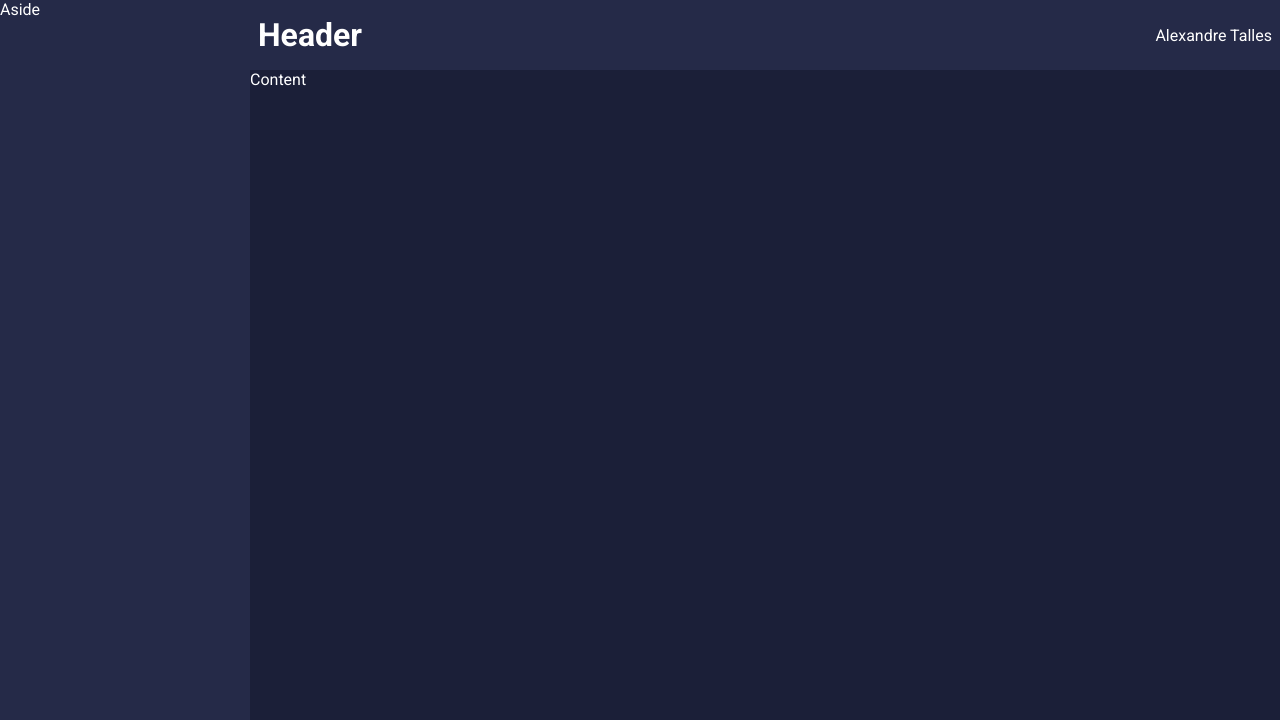
Repository: XFERRER7/dashboard
Page: /
These files come from the project's save history. The page is drawn as it stood at one moment and after a run of saves; the edit follows.
The browser window is 1280 px wide. The pictures show the whole page.
The project was rebuilt for these pictures with package versions that can differ from the ones it lists, and the page was loaded fresh each time. Also part of the build but not shown: vite.config.ts.

Above is the page before, as saved 2022-07-07 15:46:18.

### index.html
<!DOCTYPE html>
<html lang="pt-br">

<head>
  <meta charset="UTF-8" />
  <meta name="viewport" content="width=device-width, initial-scale=1.0" />
  <link rel="shortcut icon" href="src/assets/Logo.svg" type="image/x-icon">
  <link rel="preconnect" href="https://fonts.googleapis.com">
  <link rel="preconnect" href="https://fonts.gstatic.com" crossorigin>
  <link href="https://fonts.googleapis.com/css2?family=Roboto:wght@400;500;700&display=swap" rel="stylesheet">
  <title>Dashboard</title>
</head>

<body>
  <div id="root"></div>
  <script type="module" src="/src/main.tsx"></script>
</body>

</html>

### src/main.tsx
import React from 'react'
import ReactDOM from 'react-dom/client'
import {App} from './App'

ReactDOM.createRoot(document.getElementById('root')!).render(
  <React.StrictMode>
    <App />
  </React.StrictMode>
)

### src/App.tsx
import Global from "./styles/Global"
import { Layout } from './components/Layout'
import { ThemeProvider } from 'styled-components'
import dark from './styles/Themes/dark'
import light from './styles/Themes/light'

export const App = () => {
  return (
    <div>
      <ThemeProvider theme={dark}>
        <Global />
        <Layout />
      </ThemeProvider>
    </div>
  )
}

### src/styles/Global.ts
import { createGlobalStyle } from 'styled-components'

export default createGlobalStyle`

  * {
    margin: 0;
    padding: 0;
    box-sizing: border-box;
  }

  html, body, #root {
    height: 100%;
  }

  *, button, input {
    border: 0;
    outline: 0;
    font-family: 'Roboto', sans-serif;
  }

  button {
    cursor: pointer;
  }

`;

### src/components/Layout/index.tsx
import {Container} from './Styles'
import { MainHeader} from '../MainHeader'
import { Content} from '../Content'
import { Aside} from '../Aside'

export const Layout = () => {
  return (
    <Container>
      <MainHeader/>
      <Aside/>
      <Content/>
    </Container>
  )
}

### src/styles/Themes/dark.ts
export default {
  title: 'dark',

  colors: {
    primary: '#1B1F38',
    secondary: '#252A48',
    tertiary: '##313862',

    white: '#fff',
    black: '#000',
    gray: '#dfdfdf',

    sucess: '#4E41F0',
    info: '#F7931B',
    warnig: '#E44C4E'


  }
}

### src/components/Layout/Styles.ts
import styled from "styled-components"

export const Container = styled.div`
  display: grid;
  grid-template-columns: 250px auto;
  grid-template-rows: 70px auto;

  grid-template-areas:
  'AS MH'
  'AS CT';
  height: 100vh;

`

### src/components/MainHeader/index.tsx
import {
  Container,
  Profile,
  UserName,
  ImgUser
}
  from './Styles'


export const MainHeader = () => {
  return (
    <Container>
      <h1>Header</h1>

      <Profile>
        <ImgUser/>
        <UserName>Alexandre Talles</UserName>

      </Profile>
    </Container>
  )
}

### src/components/Content/index.tsx
import {Container} from './Styles'


export const Content = () => {
  return (
    <Container>
      <div>Content</div>

    </Container>
  )
}

### src/components/Aside/index.tsx
import {Container} from './Styles'


export const Aside = () => {
  return (
    <Container>
      <div>Aside</div>

    </Container>
  )
}

### src/components/MainHeader/Styles.ts
import styled from "styled-components"

export const Container = styled.div`
  grid-area: MH;
  color: ${props => props.theme.colors.white};
  background-color: ${props => props.theme.colors.secondary};
  display: flex;
  justify-content: space-between;
  align-items: center;
  padding: 8px;
`

export const Profile = styled.div`

`

export const UserName = styled.div`

`

export const ImgUser = styled.div`

`

### src/components/Content/Styles.ts
import styled from "styled-components"

export const Container = styled.div`
  grid-area: CT;
  color: ${props => props.theme.colors.white};
  background-color: ${props => props.theme.colors.primary};
`

### src/components/Aside/Styles.ts
import styled from "styled-components"

export const Container = styled.div`
  grid-area: AS;
  color: ${props => props.theme.colors.white};
  background-color: ${props => props.theme.colors.secondary};
`

After the next 4 saves:
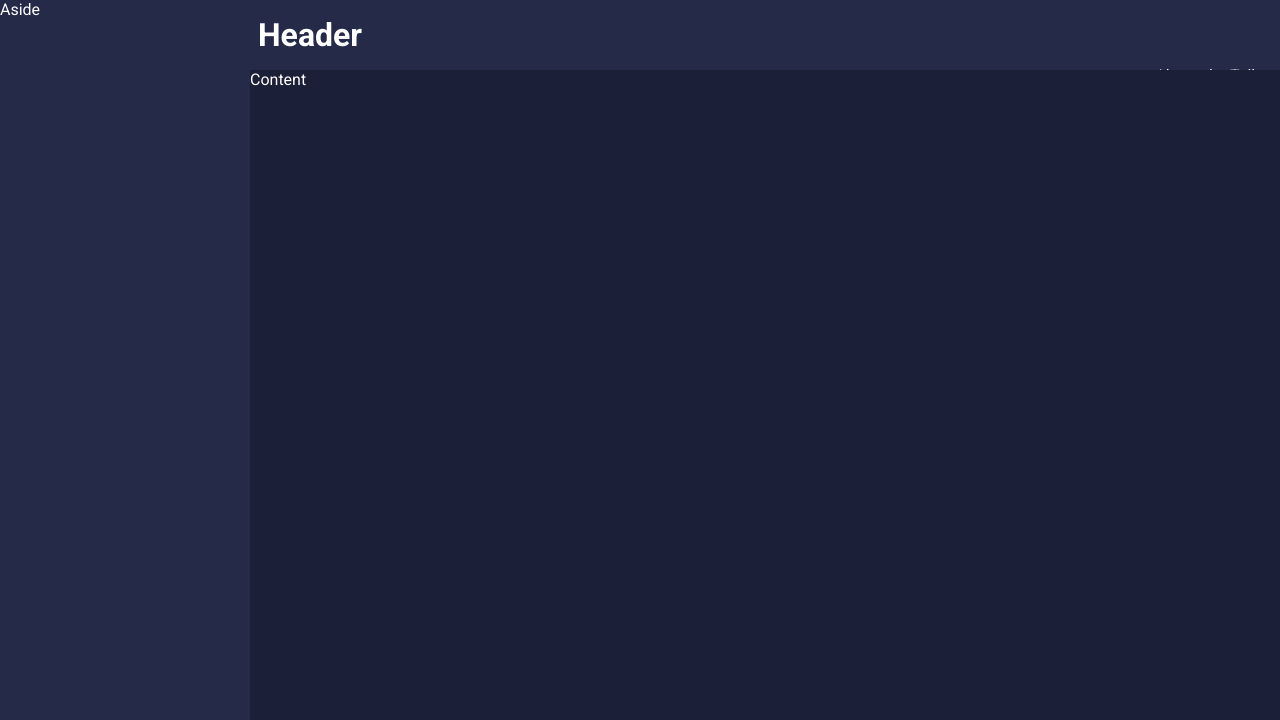
The 4 saves are shown as one change because they came seconds apart.
The last was saved 10 s later.
--- a/src/components/MainHeader/Styles.ts
+++ b/src/components/MainHeader/Styles.ts
@@ -19,5 +19,6 @@ export const UserName = styled.div`
 `
 
 export const ImgUser = styled.div`
+  height: 80px;
 
 `
